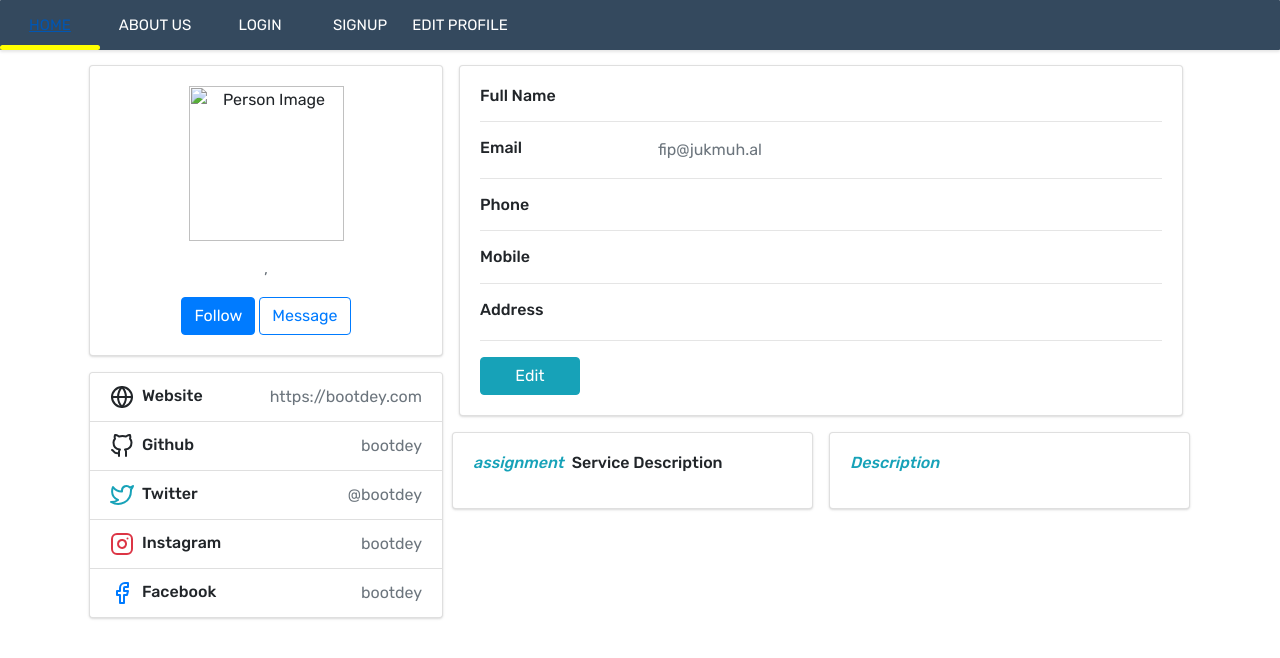
Repository: Chitti-g-k/Paw-Takers
Page: templates/profilepage.html
These files come from the project's save history. The page is drawn as it stood at one moment and after the next save; the edit follows.
The browser window is 1280 px wide. The pictures show the whole page.
The template is drawn by Django 4.2. The application's start-up code is not run. The template is opened directly, without the code that normally fills it, so the values that code supplies are empty.

Above is the page before, as saved 2023-07-16 08:42:23.

After the next save:
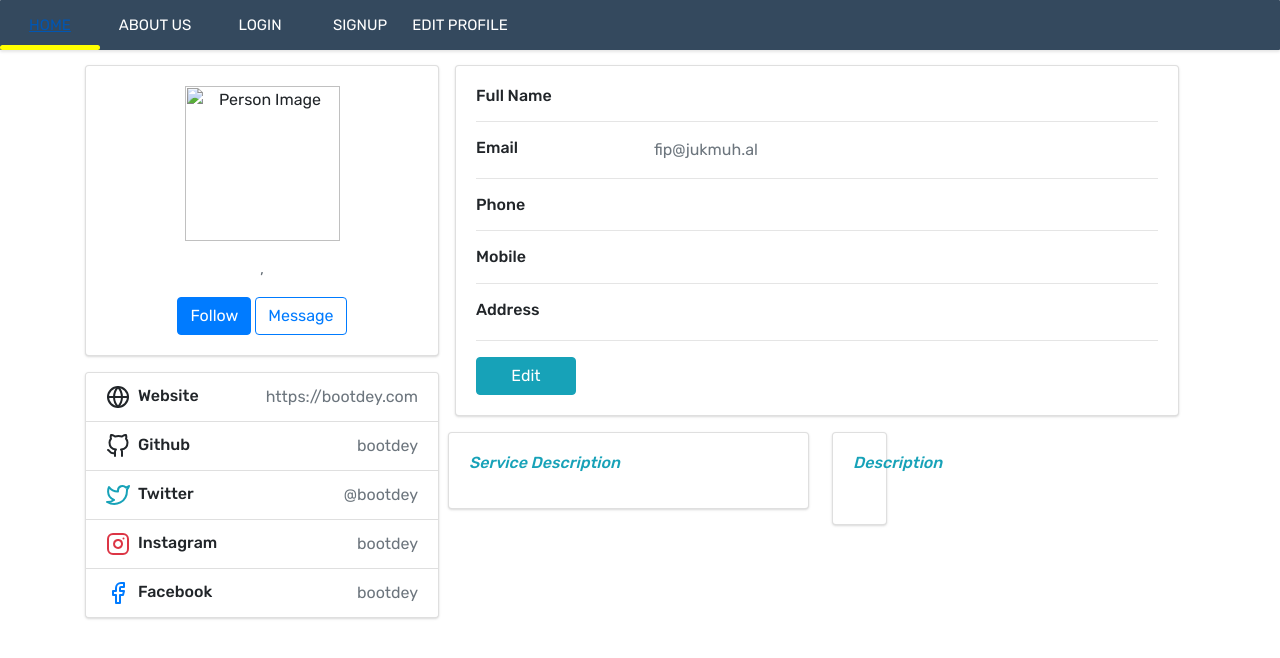
Saved 6 s later.
--- a/templates/profilepage.html
+++ b/templates/profilepage.html
@@ -291,7 +291,7 @@
                         <div class="col-sm-6 mb-3">
                           <div class="card h-100">
                             <div class="card-body">
-                              <h6 class="d-flex align-items-center mb-3"><i class="material-icons text-info mr-2">assignment</i>Service Description</h6>
+                              <h6 class="d-flex align-items-center mb-3"><i class="material-icons text-info mr-2">Service Description</h6>
                               {% for service_description in service_descriptions %}
                               <div class="container-service">
                                 <div class="key-value">

After the save that followed:
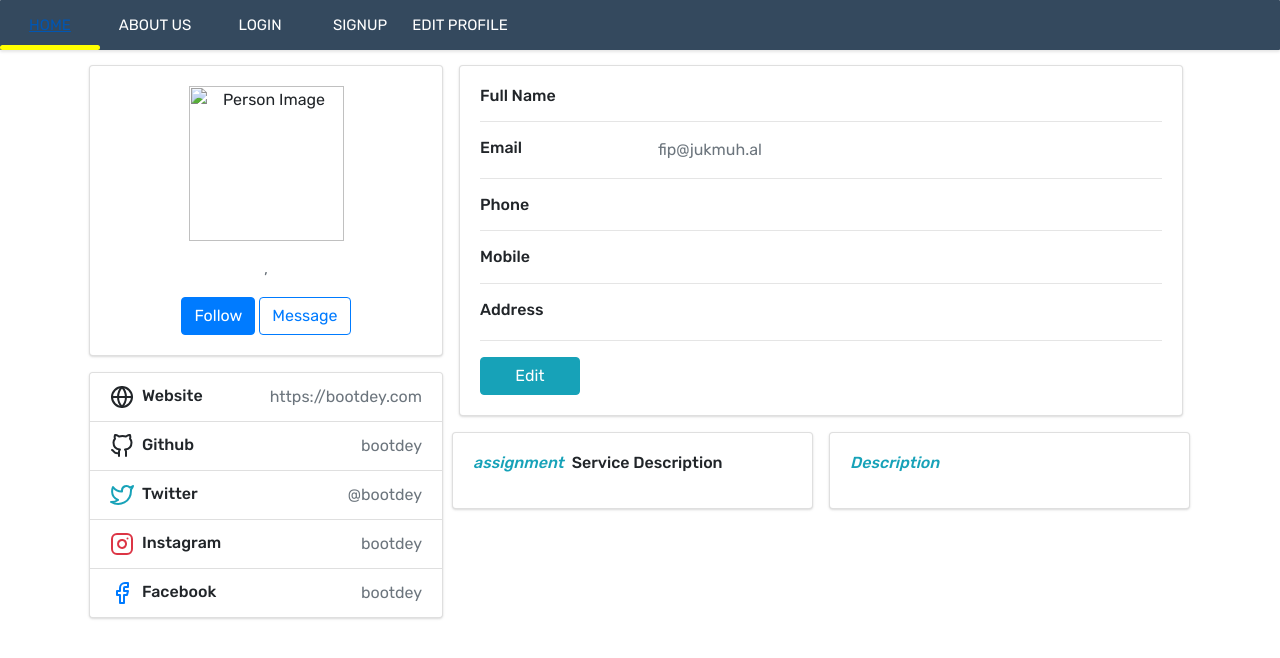
Saved 38 s later.
--- a/templates/profilepage.html
+++ b/templates/profilepage.html
@@ -291,7 +291,7 @@
                         <div class="col-sm-6 mb-3">
                           <div class="card h-100">
                             <div class="card-body">
-                              <h6 class="d-flex align-items-center mb-3"><i class="material-icons text-info mr-2">Service Description</h6>
+                              <h6 class="d-flex align-items-center mb-3"><i class="material-icons text-info mr-2">assignment</i>Service Description</h6>
                               {% for service_description in service_descriptions %}
                               <div class="container-service">
                                 <div class="key-value">
@@ -304,7 +304,7 @@
                           </div>
                         </div>
 
-                        <div class="col-sm-6 mb-3">
+                        <div class="col-sm-6 mb-3" width="300px">
                           <div class="card h-100">
                             <div class="card-body">
                               <h6 class="d-flex align-items-center mb-3"><i class="material-icons text-info mr-2">Description</h6>
